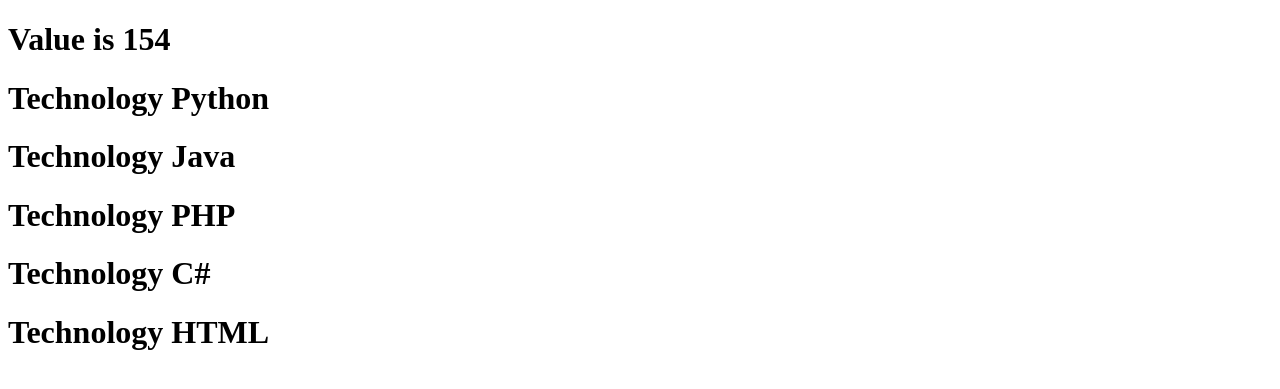
Repository: gautamsonam011/CMS
Page: http://localhost/dtl/
These files come from the project's save history. The page is drawn as it stood at one moment and after the next save; the edit follows.
The browser window is 1280 px wide. The pictures show the whole page.
The page is served by the project's application, run on Django 5.2 (manage.py).

Above is the page before, as saved 2025-09-06 16:27:49.

After the next save:
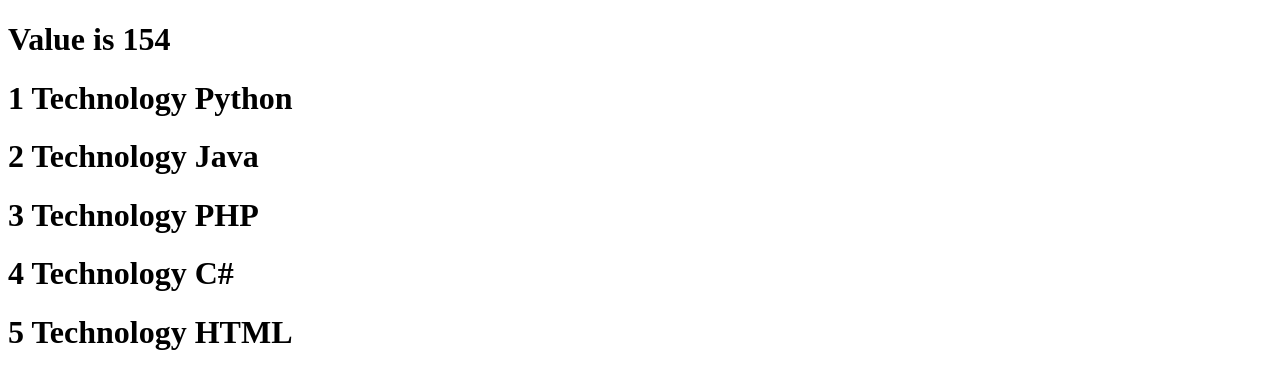
Saved 2 min 14 s later.
--- a/templates/dtl.html
+++ b/templates/dtl.html
@@ -17,7 +17,7 @@
 
         {% for i in techno %}
 
-        <h1>Technology {{i}}</h1>
+        <h1>{{forloop.counter}} Technology {{i}}</h1>
 
         {% endfor %}
 
